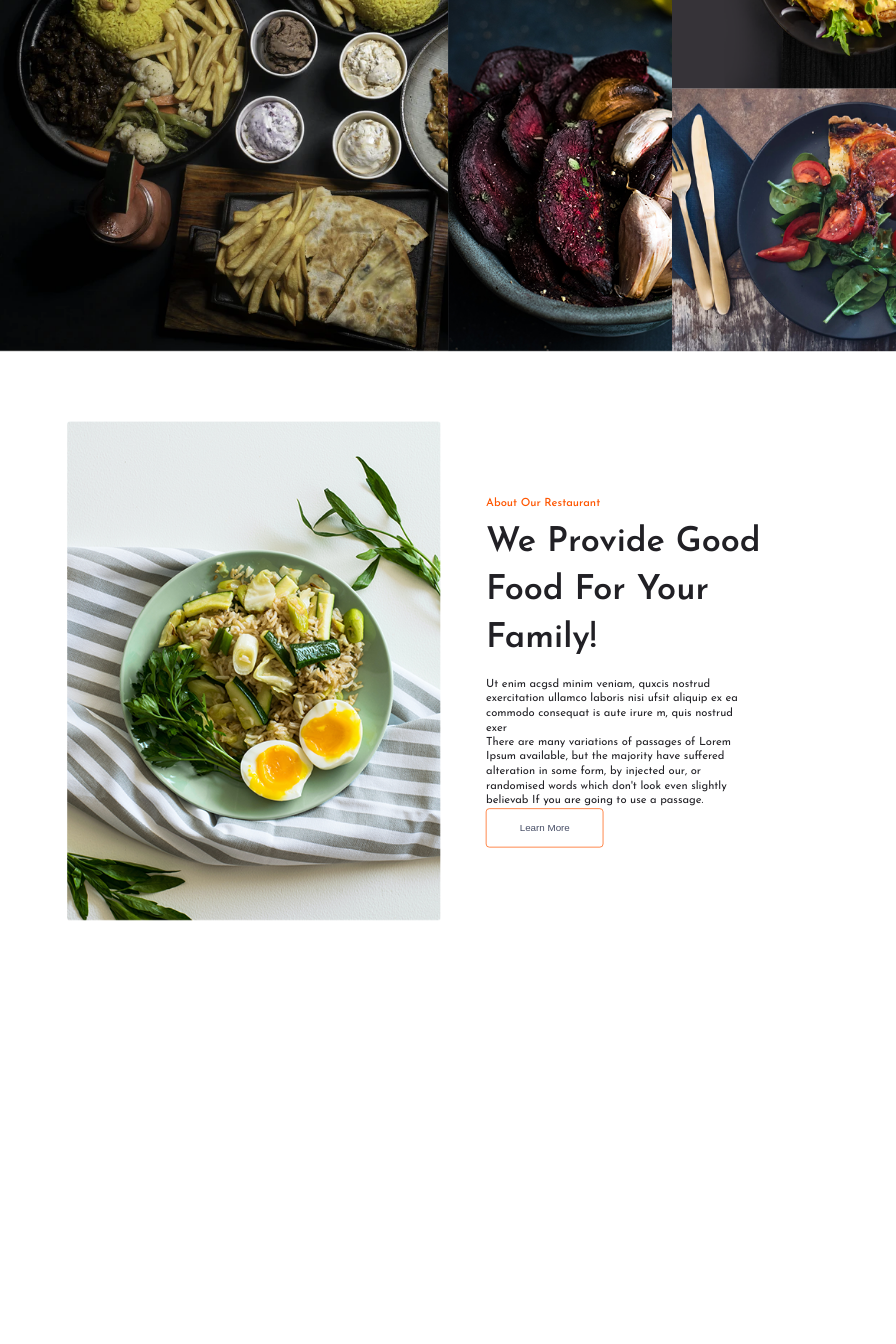
Repository: Ebtehal18/food
Page: index.html
The author's editor kept a copy of each file at every save. The page is drawn from the files as they stood at one save, then again after the next save.
The browser window is 1280 px wide. The pictures show the part of the page from y = 2554 to 4474 px (the page is 10000 px tall), at 70% of full size.

Above is the page before, as saved 2024-01-18 19:36:09.

After the next save:
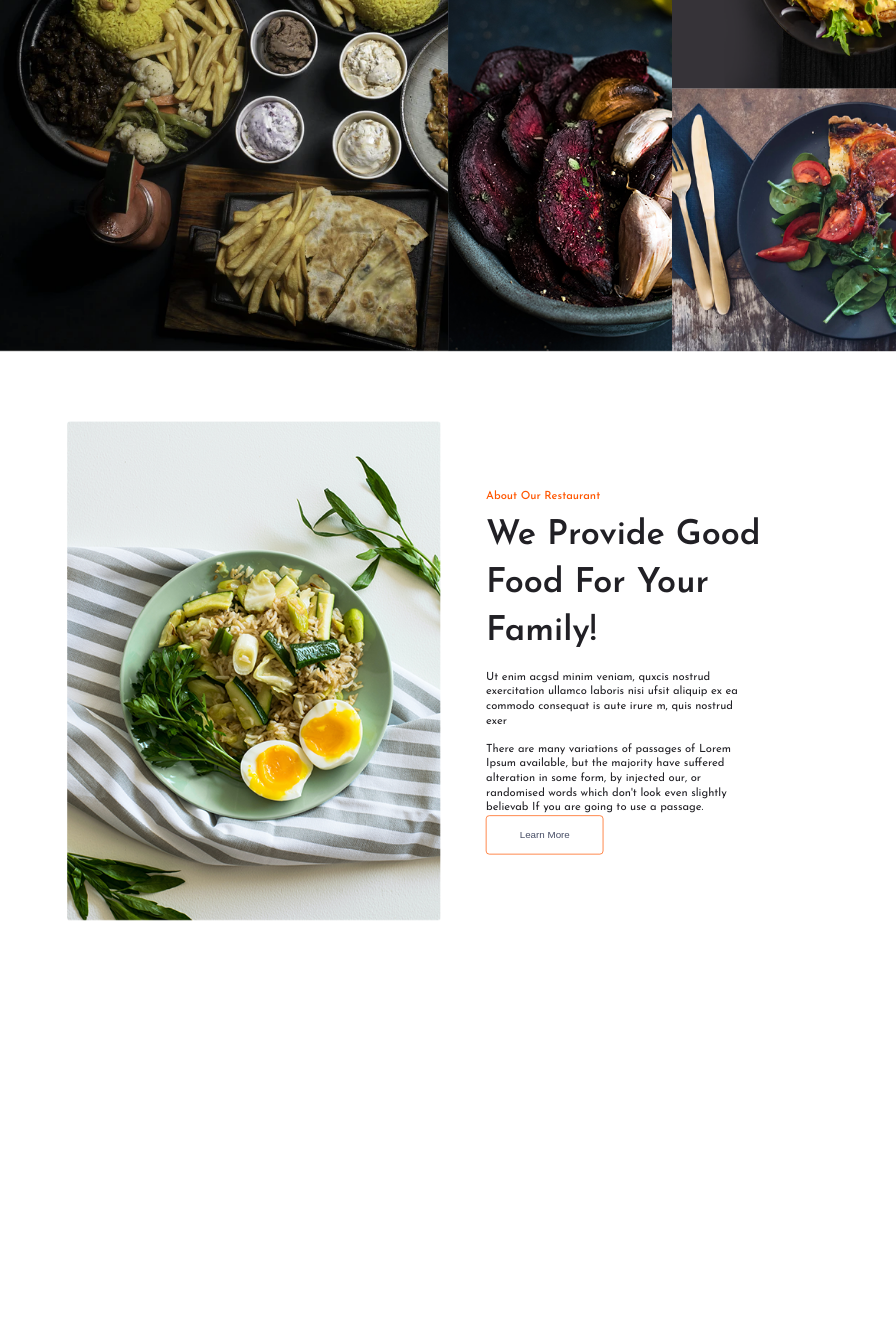
Saved 57 s later.
--- a/asessets/css/style.css
+++ b/asessets/css/style.css
@@ -648,7 +648,7 @@ label {
   margin: 20 0;
   width: 85%;
 }
-.blog-content > p:first-child {
+.blog-content > p:first-of-type {
   margin-bottom: 20px;
 }
 .blog .blog-img {
